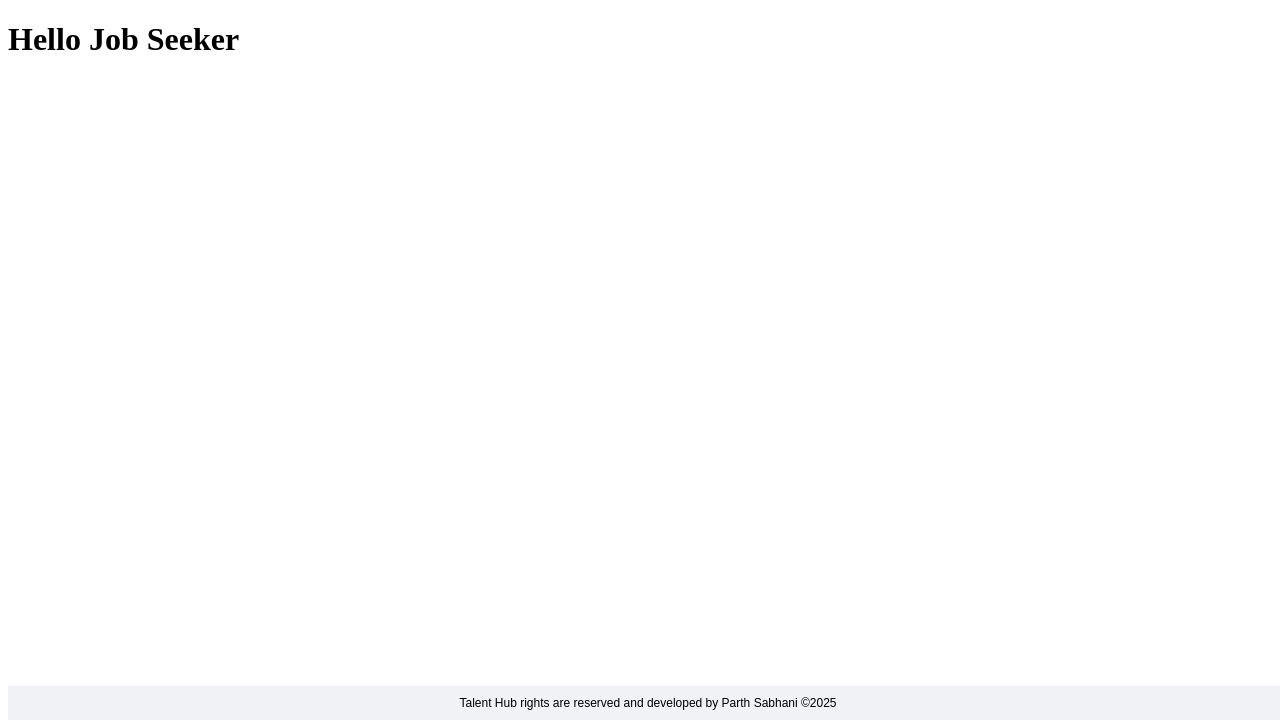
Repository: parthsabhani/Job_Portal_JSP_Servlet
Page: http://localhost/Job_Portal/userDashboard.jsp
The author's editor kept a copy of each file at every save. The page is drawn from the files as they stood at one save, then again after the next save.
The browser window is 1280 px wide. The pictures show the whole page.
The page is served by Tomcat 10. The session is filled in as if someone had signed in: {"model": 1, "role": "user", "emodel": 1, "userProjects": "testuser"}.

Above is the page before, as saved 2025-04-23 05:44:06.

After the next save:
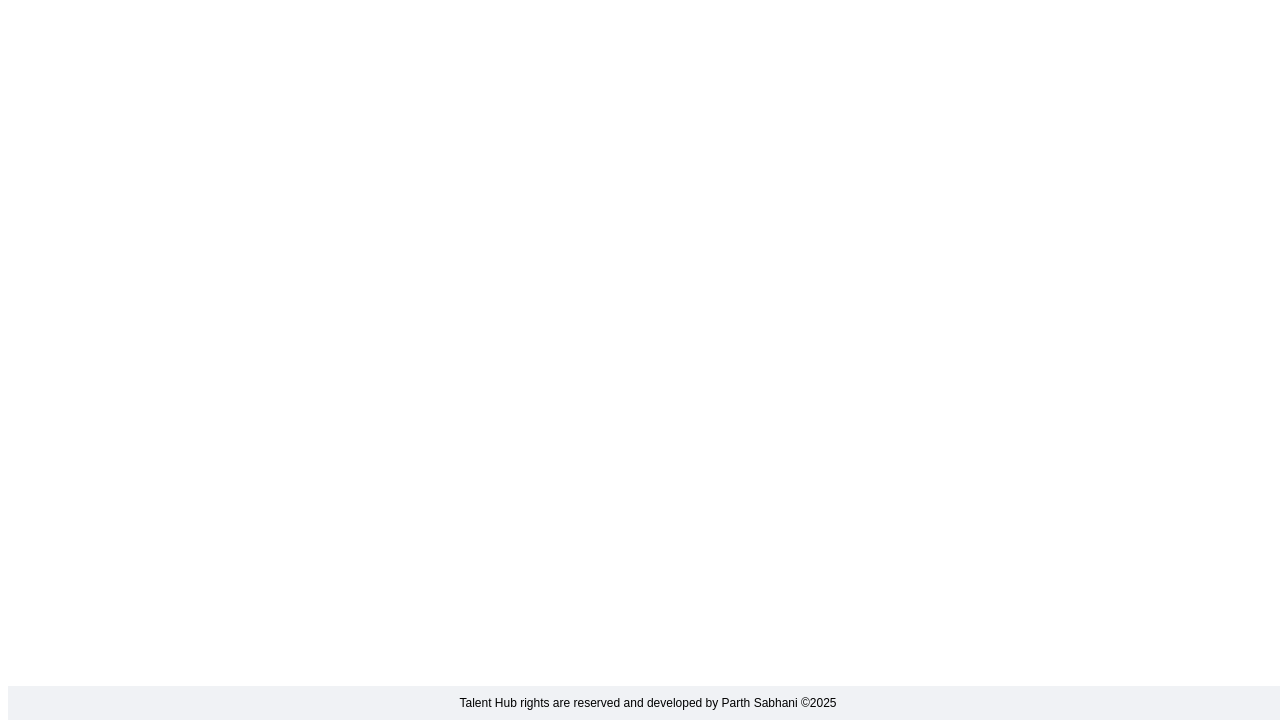
Saved 19 min 4 s later.
--- a/Job_Portal/src/main/webapp/userDashboard.jsp
+++ b/Job_Portal/src/main/webapp/userDashboard.jsp
@@ -7,7 +7,13 @@
 <title>Insert title here</title>
 </head>
 <body>
-<h1>Hello Job Seeker</h1>
+
+	<!-- Footer Start -->
+	<%
+    	request.setAttribute("footerStyle", "position: fixed; bottom: 0; width: 100%; padding: 10px 0; background-color: #f0f2f5; color: #000000; text-align: center; font-size: 12px; font-family: 'Poppins', sans-serif;");
+	%>
+	<jsp:include page="footer.jsp" />
+	<!-- Footer End -->
 
 	<!-- Footer Start -->
 	<%
